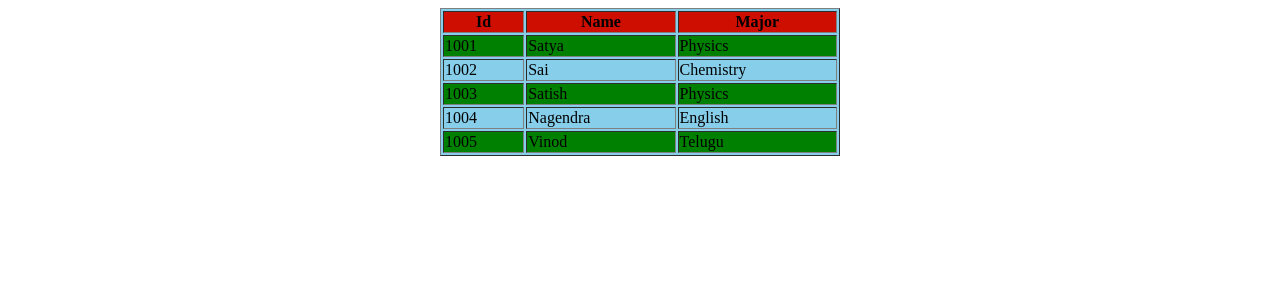
Repository: 1919satya/Mode2
Page: sample/sample/WebContent/table.html
An editor plug-in stored every save of this project. The page is shown before and after the next save, followed by the edit.
The browser window is 1280 px wide. The pictures show the whole page.

Above is the page before, as saved 2019-10-10 12:52:45.

### sample/sample/WebContent/table.html
<!DOCTYPE html>
<html>
<head>
<meta charset="ISO-8859-1">
<title>Insert title here</title>
</head>
<body>
<form action="">
 <table border="1" align="center" width="400" bgcolor="skyblue">

 <tr bgcolor="cement">

    <th>Id</th>
    <th>Name</th>
    <th>Major</th>
 </tr>
 <tr bgcolor="green">

    <td>1001</td>
    <td>Satya</td>
    <td>Physics</td>
 </tr>
   <tr>

    <td>1002</td>
    <td>Sai</td>
    <td>Chemistry</td>
 </tr>
 <tr bgcolor="green">

    <td>1003</td>
    <td>Satish</td>
    <td>Physics</td>
 </tr>
 <tr>

    <td>1004</td>
    <td>Nagendra</td>
    <td>English</td>
 </tr>
 <tr bgcolor="green">

    <td>1005</td>
    <td>Vinod</td>
    <td>Telugu</td>
 </tr>

 </table>
</form>
</body>
</html>

After the next save:
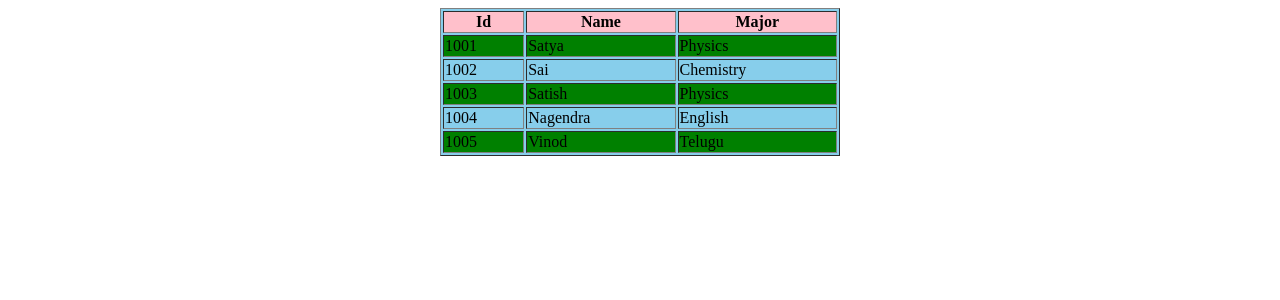
Saved 16 s later.
--- a/sample/sample/WebContent/table.html
+++ b/sample/sample/WebContent/table.html
@@ -8,7 +8,7 @@
 <form action="">
  <table border="1" align="center" width="400" bgcolor="skyblue">
 
- <tr bgcolor="cement">
+ <tr bgcolor="pink">
 
     <th>Id</th>
     <th>Name</th>
